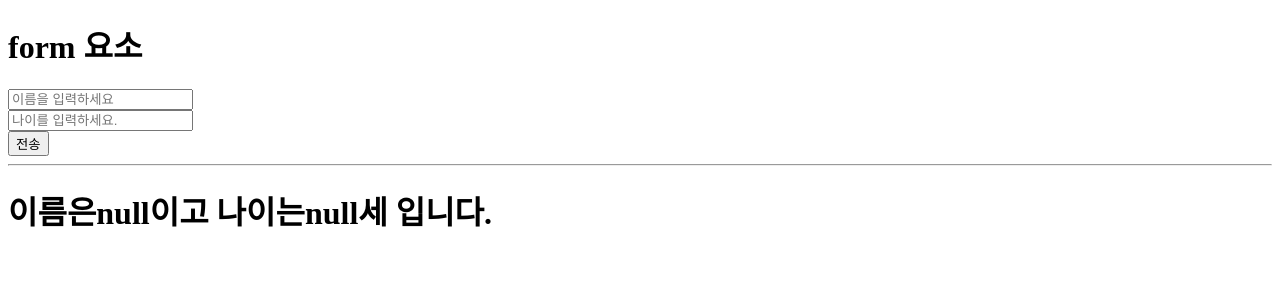
Repository: JJinBBangg/JSP
Page: http://localhost/jsp/ch03/lecture/05request/05form.jsp
These files come from the project's save history. The page is drawn as it stood at one moment and after the next save; the edit follows.
The browser window is 1280 px wide. The pictures show the whole page.
The page is served by Tomcat 9. Other server files are loaded and not shown.

Above is the page before, as saved 2023-03-28 03:33:01.

### jsp/src/main/webapp/ch03/lecture/05request/05form.jsp
<%@ page language="java" contentType="text/html; charset=UTF-8"
	pageEncoding="UTF-8"%>
<!DOCTYPE html>
<html>
<head>
<meta charset="UTF-8">
<title>Insert title here</title>
</head>
<body>
	<h1>form 요소</h1>
	<form action="">
		<input type="text" name="name" value="" placeholder="이름을 입력하세요" /> <br>
		<input type="text" name="age" value="" placeholder="나이를 입력하세요." /> <br>
		<button type="submit">전송</button>
	</form>
	<hr>
	<%
	String name = request.getParameter("name");
	String age = request.getParameter("age");
	%>
	<h1>
		이름은<%=name%>이고 나이는<%=age%>세 입니다.
	</h1>
</body>
</html>

After the next save:
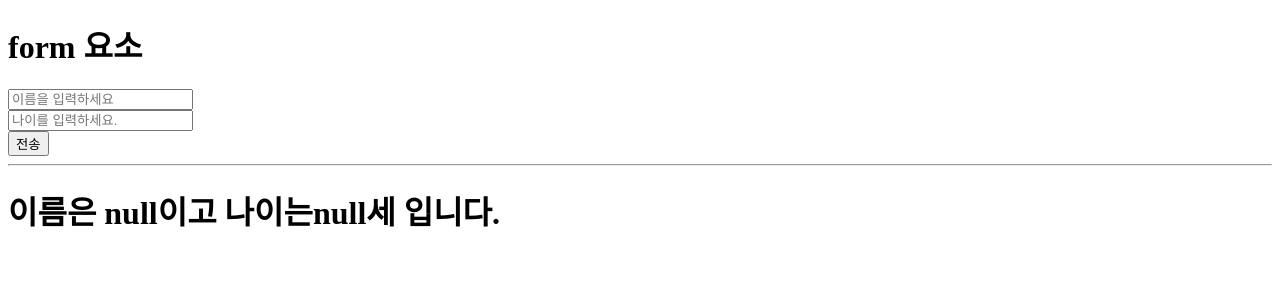
Saved 9 s later.
--- a/jsp/src/main/webapp/ch03/lecture/05request/05form.jsp
+++ b/jsp/src/main/webapp/ch03/lecture/05request/05form.jsp
@@ -19,7 +19,7 @@
 	String age = request.getParameter("age");
 	%>
 	<h1>
-		이름은<%=name%>이고 나이는<%=age%>세 입니다.
+		이름은 <%=name%>이고 나이는<%=age%>세 입니다.
 	</h1>
 </body>
 </html>
